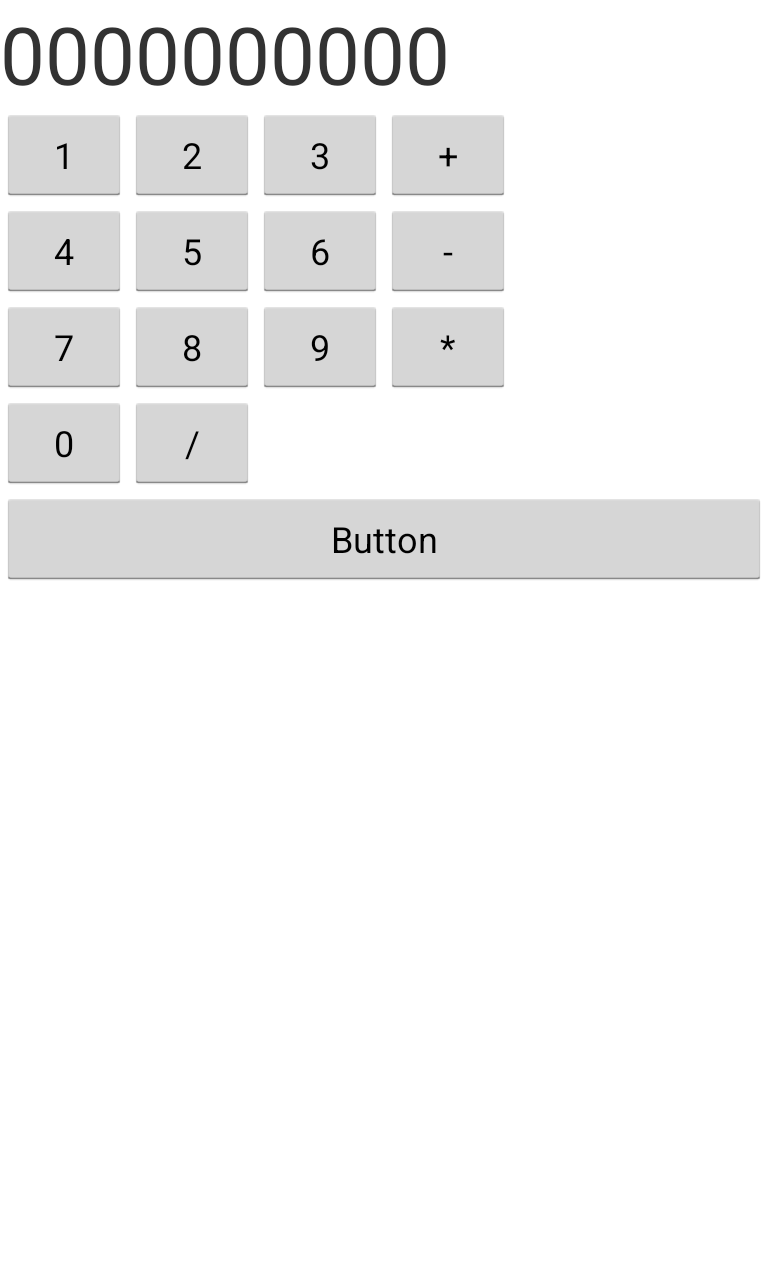
Repository: sfranco/Android
Layout: Calculadora/res/layout/activity_main.xml
These files come from the project's save history. The layout is drawn as it stood at one moment and after the next save; the edit follows.
It is drawn on a 768 x 1280 px phone screen (xhdpi) without system bars, with theme AppTheme; the app's code is not run.

Above is the layout before, as saved 2013-08-22 17:30:45.

After the next save:
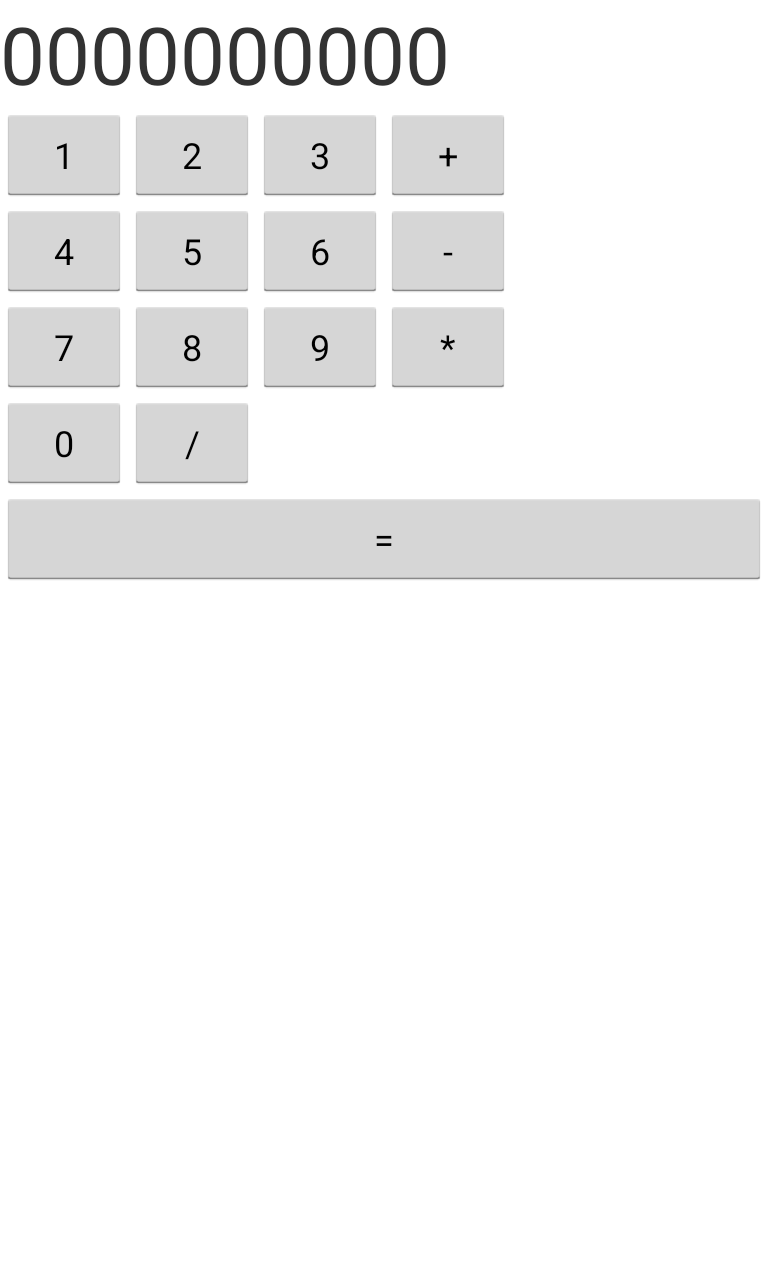
Saved 25 s later.
--- a/Calculadora/res/layout/activity_main.xml
+++ b/Calculadora/res/layout/activity_main.xml
@@ -128,10 +128,10 @@
         </TableRow>
 
         <Button
-            android:id="@+id/button17"
+            android:id="@+id/igual"
             android:layout_width="wrap_content"
             android:layout_height="wrap_content"
-            android:text="Button" />
+            android:text="=" />
 
     </TableLayout>
 
